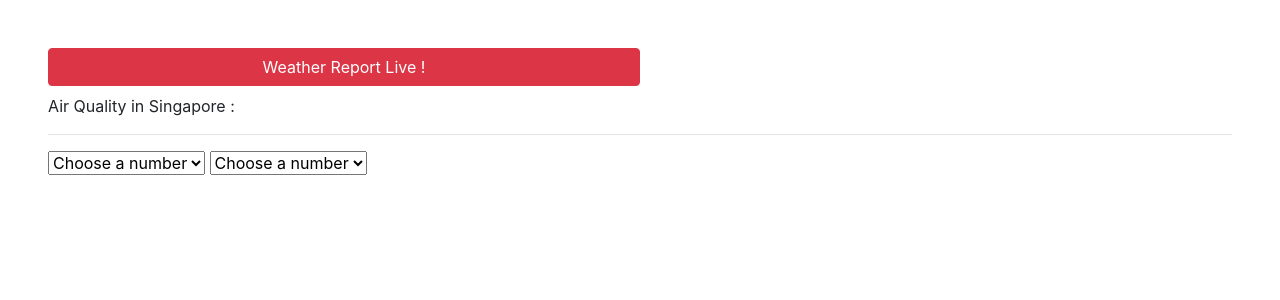
Repository: Code-Institute-Submissions/projectchen88-weatherForecast
Page: index.html
The author's editor kept a record of every edit. The page is drawn from the files as they stood at one moment, then again after the next edit.
The browser window is 1280 px wide. The pictures show the whole page.
The page's requests for data from a server got no answer.

Above is the page before.
Console error (its wording comes from the project's code and is left out).

### index.html
<!doctype html>
<html lang="en">

<head>
    <!-- Required meta tags -->
    <meta charset="utf-8">
    <meta name="viewport" content="width=device-width, initial-scale=1, shrink-to-fit=no">
    <!--AXIOS link-->
    <script src="https://unpkg.com/axios/dist/axios.min.js"></script>
    <!-- Bootstrap CSS -->
    <link rel="stylesheet" href="https://stackpath.bootstrapcdn.com/bootstrap/4.4.1/css/bootstrap.min.css" integrity="sha384-Vkoo8x4CGsO3+Hhxv8T/Q5PaXtkKtu6ug5TOeNV6gBiFeWPGFN9MuhOf23Q9Ifjh" crossorigin="anonymous">
   <!--Custom CSS-->
    <link rel="stylesheet" href="styles/style.css" type="text/css" />
    <title>Hello, world!</title>
</head>

<body>
    <main class='container-fluid p-5'>
        <div class="mx-auto">
        <h1 class='btn btn-danger w-50'> Weather Report Live ! </h1>

        <div> Air Quality in Singapore : <span id='status'></span></div>

        <hr/>
        <select id="select">
            <option>Choose a number</option>
        </select>
        <select id="select">
            <option>Choose a number</option>
        </select>
        </div>
    </main>


    <!-- Optional JavaScript -->
    <!-- jQuery first, then Popper.js, then Bootstrap JS -->
    <script src="https://code.jquery.com/jquery-3.4.1.js" integrity="sha256-WpOohJOqMqqyKL9FccASB9O0KwACQJpFTUBLTYOVvVU=" crossorigin="anonymous"></script>
    <script src="https://cdn.jsdelivr.net/npm/popper.js@1.16.0/dist/umd/popper.min.js" integrity="sha384-Q6E9RHvbIyZFJoft+2mJbHaEWldlvI9IOYy5n3zV9zzTtmI3UksdQRVvoxMfooAo" crossorigin="anonymous"></script>
    <script src="https://stackpath.bootstrapcdn.com/bootstrap/4.4.1/js/bootstrap.min.js" integrity="sha384-wfSDF2E50Y2D1uUdj0O3uMBJnjuUD4Ih7YwaYd1iqfktj0Uod8GCExl3Og8ifwB6" crossorigin="anonymous"></script>
    <!--Custom JS script-->
    <script type="text/javascript" src="scripts/script.js"></script>
</body>

</html>

### scripts/script.js
/*  global $ axios */

var source1 = "https://api.data.gov.sg/v1/environment/2-hour-weather-forecast"
var source2 = "https://api.data.gov.sg/v1/environment/4-day-weather-forecast"
var forecastData =[]
var tempData =[]
var option =[]
var status


//AXIO TO GET DATA FROM JSON FILE (local)
function getForecast(callback) {
  axios.get(source1)
    .then(function(response) {
      let result = response.data;
      console.log(result)
      callback(result)
    })
}
function getTemp(callback) {
  axios.get(source2)
    .then(function(response) {
      let result = response.data.items[0].forecasts;
      console.log(result)
      callback(result)
    })
}
function displayDailyForecast( day ) {
  document.getElementById("forecast-title").innerHTML="Weather Forecast for date : " +tempData[day].date
  document.getElementById("forecast").innerHTML=tempData[day].forecast
  document.getElementById("humidity-high").innerHTML=tempData[day].relative_humidity.high
  document.getElementById("humidity-low").innerHTML=tempData[day].relative_humidity.low
  document.getElementById("temperature-high").innerHTML=tempData[day].temperature.high
  document.getElementById("temperature-low").innerHTML=tempData[day].temperature.low
  document.getElementById("wind-direction").innerHTML="The wind will be blowing in the "+tempData[day].wind.direction+" direction"
  document.getElementById("wind-speed-high").innerHTML=tempData[day].wind.speed.high
  document.getElementById("wind-speed-low").innerHTML=tempData[day].wind.speed.low

}
getTemp(function(data){
  tempData = data;
  tempData.count = 0 // tracker for the day result that is displayed
  displayDailyForecast (tempData.count)
  document.getElementById("forecast").innerHTML=tempData[0].forecast
})

getForecast( function(data) {
    forecastData = data
    status = forecastData.api_info.status
    document.getElementById("status").innerHTML = status;

    let forecastsArea = forecastData.items[0].forecasts

    var select = document.getElementById("select");
    for (let item in forecastsArea) {
      var el = document.createElement("option");
      el.textContent = forecastsArea[item].area;
      el.value = forecastsArea[item].area;
      select.appendChild(el);
    }
})

$ (function () {
  // $('#prev-day').hide();

  // Set the date of today to be displayed
  var d = new Date();
  var weekday = new Array(7);
  weekday[0] = "Sunday";
  weekday[1] = "Monday";
  weekday[2] = "Tuesday";
  weekday[3] = "Wednesday";
  weekday[4] = "Thursday";
  weekday[5] = "Friday";
  weekday[6] = "Saturday";
  var strDate = weekday[d.getDay()] + " : " + d.getDate() + " Day " + (d.getMonth()+1) + " Month " + d.getFullYear() + " Year " ;
  $('#dateToday').text(strDate)

  // Detect for change in option change in selection of area and display the weather
  $('#select').change(function(){
    // displayWeather()
    let forecastsArea = forecastData.items[0].forecasts
    for (let item in forecastsArea) {
      var select = $('#select').val()
      if (select == forecastsArea[item].area)
      $('#weather').text("The weather at "+ forecastsArea[item].area +" is expected to be "+forecastsArea[item].forecast)
    }
  })

  // Detect for change to view. forecast for next day
  $('#next-day').click( function () {
    if (tempData.count < 3) {
      tempData.count ++ ;
      displayDailyForecast(tempData.count)
      if (tempData.count >= 3) {
        // $('#next-day').hide()
      }
      $('#prev-day').text('<<')
    }
    else {
      $('#next-day').text('>>|')
    }
  })

  $('#prev-day').on('click', function () {
   if (tempData.count >= 0) {
      tempData.count -- ;
      displayDailyForecast(tempData.count)
      if (tempData.count <= 0 ) {
        $('#next-day').text(">>")
      }
      $('#prev-day').text('|<<')
    }
  })
})

Loaded but not shown: styles/style.css (common file)

After the next edit:
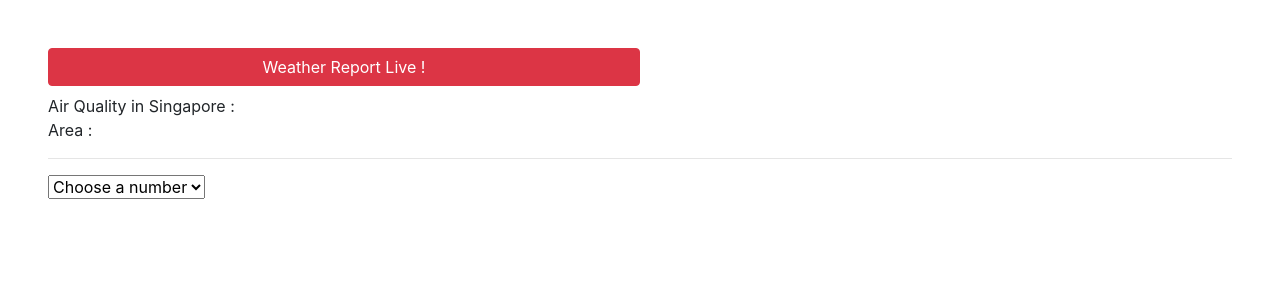
The edit:
--- a/index.html
+++ b/index.html
@@ -21,10 +21,9 @@
 
         <div> Air Quality in Singapore : <span id='status'></span></div>
 
+        <div> Area : <span id='area'></span></div>
+
         <hr/>
-        <select id="select">
-            <option>Choose a number</option>
-        </select>
         <select id="select">
             <option>Choose a number</option>
         </select>
